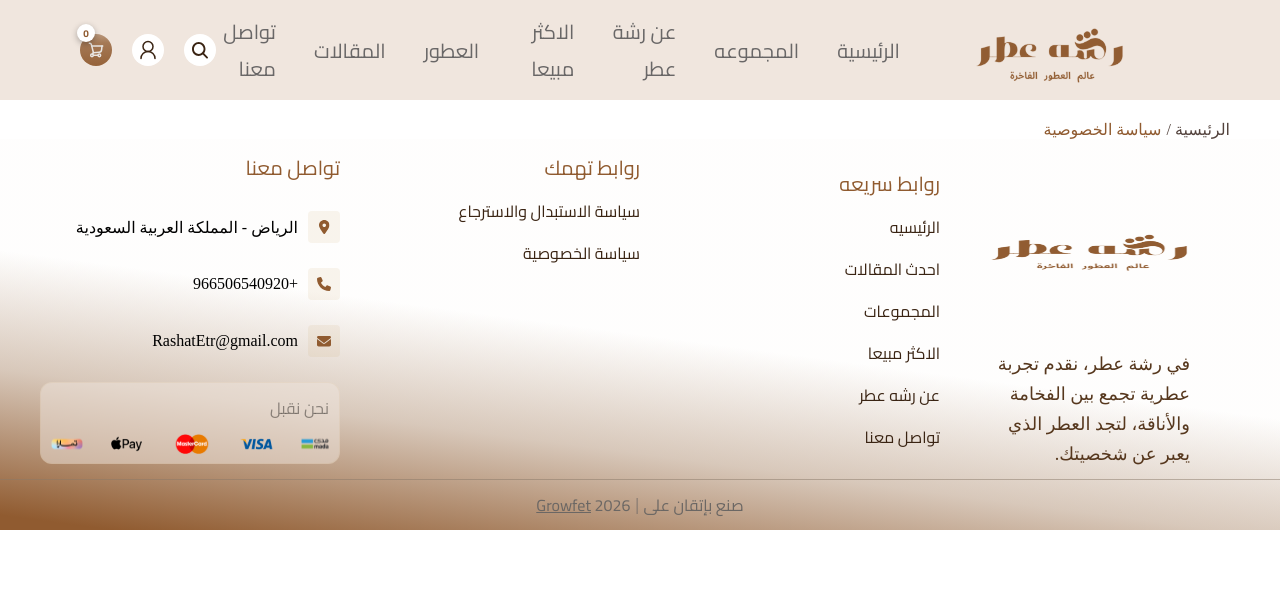
Repository: mahmoudesh74/rashet-3tr
Page: /PrivacyPolicyPage
The author's editor kept a copy of each file at every save. The page is drawn from the files as they stood at one save, then again after the next save.
The browser window is 1280 px wide. The pictures show the whole page.
Some web fonts or font styles are not loaded; a fallback is used. The project was rebuilt for these pictures with package versions that can differ from the ones it lists, and the page was loaded fresh each time. Also part of the build but not shown: vite.config.js, src/App.css, src/components/HeaderSection/Header.css, src/components/HeaderSection/Header.jsx, src/components/GroupSection/GroupSection.css, src/components/GroupSection/GroupSection.jsx, src/components/AboutSection/AboutSection.css, src/components/AboutSection/AboutSection.jsx and 17 more. Imported but missing from the stored project, and not drawn on this page: src/assets/vedio.mp4.

Above is the page before, as saved 2026-09-23 10:50:56.

After the next save:
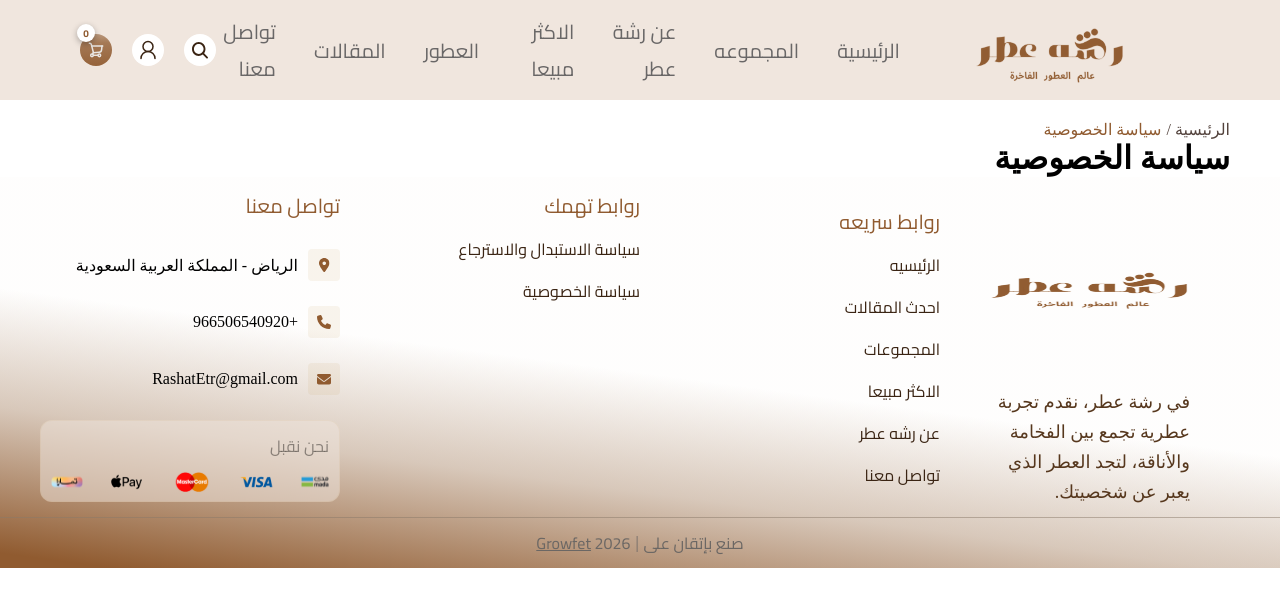
Saved 71 s later.
--- a/src/pages/PrivacyPolicy/privacyPolicy.jsx
+++ b/src/pages/PrivacyPolicy/privacyPolicy.jsx
@@ -5,6 +5,9 @@ export default function PrivacyPolicyPage() {
       <div className="privacyPolicyTitle">
         <p>الرئيسية / </p> سياسة الخصوصية
       </div>
+      <div  className="privacyPolicyHeader">
+        <h1>سياسة الخصوصية</h1>
+      </div>
     </div>
   );
 }
